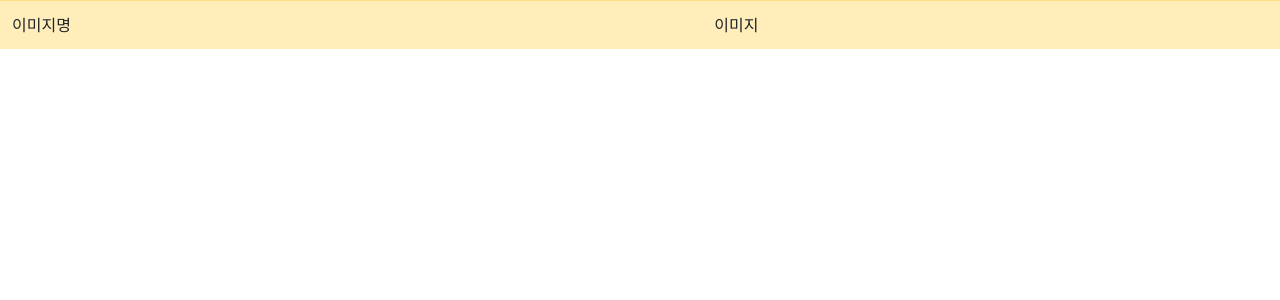
Repository: Hugh-KR/JSP_Project
Page: http://localhost/JSP_Project/movie.jsp
These files come from the project's save history. The page is drawn as it stood at one moment and after the next save; the edit follows.
The browser window is 1280 px wide. The pictures show the whole page.
The page is served by Tomcat 9. Other server files are loaded and not shown. Queries for data that is not in the repository find no rows.

Above is the page before, as saved 2022-11-09 05:41:52.

### JSP_Project/src/main/webapp/movie.jsp
<%@page import="db_connect.MovieDAO"%>
<%@page import="db_connect.MovieVO"%>
<%@page import="java.util.ArrayList"%>
<%@ page language="java" contentType="text/html; charset=UTF-8"
	pageEncoding="UTF-8"%>
<%
MovieDAO dao = new MovieDAO();
ArrayList<MovieVO> list = dao.list();
    %>
<!DOCTYPE html>
<html>
<head>
<meta charset="UTF-8">
<title>Insert title here</title>
<link rel="stylesheet"
	href="https://cdn.jsdelivr.net/npm/bootstrap@4.6.1/dist/css/bootstrap.min.css">
</head>
<body>
	<table class="table table-warning">
		<tr>
			<td>이미지명</td>
			<td>이미지</td>
		</tr>
		<% for(MovieVO bag : list){ %>
		<tr>
			<td><a href="http://localhost:8080/JSP_Project/movie_one.jsp?img=<%= bag.getIMG() %>"><%= bag.getIMG() %></a></td>
			<td><img src="img/<%= bag.getIMG() %>" width="200" height="100"></td>
		</tr>
		<% } %>
	</table>

</body>
</html>

### JSP_Project/src/main/java/db_connect/MovieDAO.java
package db_connect;

import java.sql.Connection;
import java.sql.DriverManager;
import java.sql.PreparedStatement;
import java.sql.ResultSet;
import java.util.ArrayList;

import javax.swing.JOptionPane;

public class MovieDAO {

	public ArrayList<MovieVO> list() {

		// vo를 넣어줄 커다란 박스역할을 할 수 부품을 사용 예정
		// 가변길이인 경우 arraylist
		// MemberVO가 많이 들어간 arraylist박스를 하나 만들어줌.
		ArrayList<MovieVO> list = new ArrayList<>();

		// 1. 드라이버 설정- 드라이버(커넥터) 로딩
		try {
			Class.forName("com.mysql.cj.jdbc.Driver");
			// 특정한 위치에 있는 드라이버 파일을 램에 읽어들여 설정
			System.out.println("1. 드라이버 설정 성공.@@@@");

			// 2. db연결 mySQL: school, oracle: xe
			String url = "jdbc:mysql://localhost:3306/mydb";
			String user = "abcd";
			String password = "12345678";
			Connection con = DriverManager.getConnection(url, user, password); // Connection
			System.out.println("2. db연결 성공.@@@@@@");

			// 3. sql문을 만든다.
			String sql = "select * from movie";
			PreparedStatement ps = con.prepareStatement(sql);

			System.out.println("3. sql문 생성 성공.@@@@@");

			// 4. sql문을 db서버에 보낸다. --> 결과가 어떻게 되었는지 자바프로그램 알려줌.
			ResultSet rs = ps.executeQuery(); // r의 결과는 table, cud는 숫자(실행된row수) //1
			// rs.next() true면 결과가 있음. false면 결과가 없음.
			// System.out.println("4. sql문 db서버로 전송 성공. @@@@@ 반영된 row수 >>" + rs.next());
			while (rs.next()) { // 결과값이 true이면!!
				System.out.println("검색결과가 있음.");
				// 있으면
				// 1. 한 행의 값들을 추출
				// 2. vo를 만들어준다.
				// 3. vo에 추출한 값들을 넣어준다.
				// 4. vo를 list에 넣어준다.
				String name = rs.getString(1);
				String content = rs.getString(2);
				String rate = rs.getString(3);
				String running = rs.getString(4);
				String img = rs.getString(5);

				// UI에서 사용자가 검색한 결과를 볼 수 있어야 한다.
				// 4개의 데이터를 UI에게 return!!해주자.
				// 1) 가방을 만들어서,
				MovieVO bag = new MovieVO();
				// 2) 데이터를 넣고,
				bag.setNAME(name);
				bag.setCONTENT(content);
				bag.setRATE(rate);
				bag.setRUNNING(running);
				bag.setIMG(img);

				list.add(bag);
				// 3) return하자.(전달)
			} // while
			System.out.println("box(list)에 들어간 가방의 갯수>> " + list.size());
			// db처리와 관련된 메모리 할당된 것 해제시켜주자.
			ps.close();
			con.close();
			rs.close();
		} catch (Exception e) {
			e.printStackTrace();
		}
		// 메서드의 처리를 다 끝내고, 결과를 보내줘라는 개념. 맨 끝에 써야함.
		return list;
	} // list

	// 기능하나만 메서드 하나 구현(검색 1명 기능-row 1개)
	public int login(MemberVO bag) {
		// 전달된 값 제대로 전달되었는지 확인하는 습관이 좋음.
		System.out.println(bag);

		// 1. 드라이버 설정- 드라이버(커넥터) 로딩
		// db의 유형, 버전에 따라 매우 많음.
		// 필요할 때 다운로드 받아 써야 함.
		int result = 0; // 0인 경우, 실패라고 하자.!

		try {
			Class.forName("com.mysql.cj.jdbc.Driver");
			// 특정한 위치에 있는 드라이버 파일을 램에 읽어들여 설정
			System.out.println("1. 드라이버 설정 성공.@@@@");

			// 2. db연결 mySQL: school, oracle: xe
			String url = "jdbc:mysql://localhost:3306/mydb";
			String user = "abcd";
			String password = "12345678";
			Connection con = DriverManager.getConnection(url, user, password); // Connection
			System.out.println("2. db연결 성공.@@@@@@");

			// 3. sql문을 만든다.
			String sql = "select * from member where id = ? and pw = ?"; // 1, 2번 2개의 물음표 번호
			PreparedStatement ps = con.prepareStatement(sql);
			ps.setString(1, bag.getId()); // 1번 물음표에 id에 저장해놓은 값을 스트링으로 넣어줘!
			ps.setString(2, bag.getPw());
			System.out.println("3. sql문 생성 성공.@@@@@");

			// 4. sql문을 db서버에 보낸다. --> 결과가 어떻게 되었는지 자바프로그램 알려줌.
			ResultSet rs = ps.executeQuery(); // r의 결과는 table, cud는 숫자(실행된row수) //1
			// rs.next() true면 결과가 있음. false면 결과가 없음.
			// System.out.println("4. sql문 db서버로 전송 성공. @@@@@ 반영된 row수 >>" + rs.next());
			if (rs.next()) { // 결과값이 true이면!!
				System.out.println("검색결과가 있음.");
				result = 1;
				// 3) return하자.(전달)
			}
			// db처리와 관련된 메모리 할당된 것 해제시켜주자.
			ps.close();
			con.close();
			rs.close();
		} catch (Exception e) {
			e.printStackTrace();
		}
		// 메서드의 처리를 다 끝내고, 결과를 보내줘라는 개념. 맨 끝에 써야함.
		return result;
	} // login

	// 기능하나만 메서드 하나 구현(검색 1명 기능-row 1개)
	public MovieVO one(String img) {
		// 전달된 값 제대로 전달되었는지 확인하는 습관이 좋음.
		System.out.println(img);

		// 1. 드라이버 설정- 드라이버(커넥터) 로딩
		// db의 유형, 버전에 따라 매우 많음.
		// 필요할 때 다운로드 받아 써야 함.
		MovieVO bag = null; // 쓰레기값!!--> 변수 초기화시켜주어야함.!

		try {
			Class.forName("com.mysql.cj.jdbc.Driver");
			// 특정한 위치에 있는 드라이버 파일을 램에 읽어들여 설정
			System.out.println("1. 드라이버 설정 성공.@@@@");

			// 2. db연결 mySQL: school, oracle: xe
			String url = "jdbc:mysql://localhost:3306/mydb";
			String user = "abcd";
			String password = "12345678";
			Connection con = DriverManager.getConnection(url, user, password); // Connection
			System.out.println("2. db연결 성공.@@@@@@");

			// 3. sql문을 만든다.
			String sql = "select * from movie where img = ?";
			PreparedStatement ps = con.prepareStatement(sql);
			ps.setString(1, img); // 1번 물음표에 id에 저장해놓은 값을 스트링으로 넣어줘!
			System.out.println("3. sql문 생성 성공.@@@@@");
			// String site = "http://www.naver.com";
			// Url url = new Url(site); //객체화!!

			// 4. sql문을 db서버에 보낸다. --> 결과가 어떻게 되었는지 자바프로그램 알려줌.
			ResultSet rs = ps.executeQuery(); // r의 결과는 table, cud는 숫자(실행된row수) //1
			// rs.next() true면 결과가 있음. false면 결과가 없음.
			// System.out.println("4. sql문 db서버로 전송 성공. @@@@@ 반영된 row수 >>" + rs.next());
			if (rs.next()) { // 결과값이 true이면!!
				System.out.println("검색결과가 있음.");
				String name = rs.getString(1); // 컬럼의 순서 1번 id값 추출
				String content = rs.getString(2);
				String rate = rs.getString(3);
				String running = rs.getString(4);
				String img2 = rs.getString(5);

				// UI에서 사용자가 검색한 결과를 볼 수 있어야 한다.
				// 4개의 데이터를 UI에게 return!!해주자.
				// 1) 가방을 만들어서,
				bag = new MovieVO();
				// 2) 데이터를 넣고,
				bag.setNAME(name);
				bag.setCONTENT(content);
				bag.setRATE(rate);
				bag.setRUNNING(running);
				bag.setIMG(img2);



				// 3) return하자.(전달)
			}
			// db처리와 관련된 메모리 할당된 것 해제시켜주자.
			ps.close();
			con.close();
			rs.close();
		} catch (Exception e) {
			e.printStackTrace();
		}
		// 메서드의 처리를 다 끝내고, 결과를 보내줘라는 개념. 맨 끝에 써야함.
		return bag;
	} // one

	// 기능하나만 메서드 하나 구현(등록기능)
	public void insert(ProductVO bag) { // String id
		System.out.println(bag); // toString()호출, 가방에 들어있는 값들이 프린트
		// 자바에서 DBMS를 연결하려고 함.
		// JDBC 프로그래밍 절차
		// 4단계 절차
		// 1. 드라이버 설정- 드라이버(커넥터) 로딩
		// db의 유형, 버전에 따라 매우 많음.
		// 필요할 때 다운로드 받아 써야 함.
		try {
			Class.forName("com.mysql.cj.jdbc.Driver");
			// 특정한 위치에 있는 드라이버 파일을 램에 읽어들여 설정
			System.out.println("1. 드라이버 설정 성공.@@@@");

			// 2. db연결 mySQL: school, oracle: xe
			String url = "jdbc:mysql://localhost:3306/mydb";
			String user = "abcd";
			String password = "12345678";
			Connection con = DriverManager.getConnection(url, user, password); // Connection
			System.out.println("2. db연결 성공.@@@@@@");

			// 3. sql문을 만든다.
			String sql = "insert into PRODUCT values (?, ?, ?, ?, ?, ?)";
			// 준비된 문장(Preparedstatement)
			PreparedStatement ps = con.prepareStatement(sql);
			ps.setString(1, bag.getID() ); // 1번 물음표에 id에 저장해놓은 값을 스트링으로 넣어줘!
			ps.setString(2, bag.getNAME()); // 2번 물음표에 pw에 저장해놓은 값을 스트링으로 넣어줘!
			ps.setString(3, bag.getCONTENT()); // 3번 물음표에 name에 저장해놓은 값을 스트링으로 넣어줘!
			ps.setInt(4, bag.getPRICE()); // 4번 물음표에 tel에 저장해놓은 값을 스트링으로 넣어줘!
			ps.setString(5, bag.getCOMPANY()); // 4번 물음표에 tel에 저장해놓은 값을 스트링으로 넣어줘!
			ps.setString(6, bag.getIMG()); // 4번 물음표에 tel에 저장해놓은 값을 스트링으로 넣어줘!
			System.out.println("3. sql문 생성 성공.@@@@@");
			// String site = "http://www.naver.com";
			// Url url = new Url(site); //객체화!!

			// 4. sql문을 db서버에 보낸다. --> 결과가 어떻게 되었는지 자바프로그램 알려줌.
			String result2 = "실패";
			try {
				int result = ps.executeUpdate(); // r의 결과는 table, cud는 숫자(실행된row수) //1
				System.out.println("4. sql문 db서버로 전송 성공. @@@@@ 반영된 row수 >>" + result);
				if (result == 1) {
					result2 = "성공";
				}
			} catch (Exception e) {
				System.out.println("상품등록시 에러발생");
				e.printStackTrace(); //에러정보 프린트
			}
			JOptionPane.showMessageDialog(null, result2);  //컴파일 에러
			ps.close();
			con.close();
		} catch (Exception e) {
			e.printStackTrace();
		}
	} // insert

	// 기능하나만 메서드 하나 구현(탈퇴기능)
	public void delete(ProductVO bag) {
		// 자바에서 DBMS를 연결하려고 함.
		// JDBC 프로그래밍 절차
		// 4단계 절차
		// 1. 드라이버 설정- 드라이버(커넥터) 로딩
		// db의 유형, 버전에 따라 매우 많음.
		// 필요할 때 다운로드 받아 써야 함.
		try {
			Class.forName("com.mysql.cj.jdbc.Driver");
			// 특정한 위치에 있는 드라이버 파일을 램에 읽어들여 설정
			System.out.println("1. 드라이버 설정 성공.@@@@");

			// 2. db연결 mySQL: school, oracle: xe
			String url = "jdbc:mysql://localhost:3306/mydb";
			String user = "abcd";
			String password = "12345678";
			Connection con = DriverManager.getConnection(url, user, password); // Connection
			System.out.println("2. db연결 성공.@@@@@@");

			// 3. sql문을 만든다.
			String sql = "delete from PRODUCT where id = ?";
			// 준비된 문장(Preparedstatement)
			PreparedStatement ps = con.prepareStatement(sql);

			ps.setString(1, bag.getID()); // 1번 물음표에 id에 저장해놓은 값을 스트링으로 넣어줘!
			System.out.println("3. sql문 생성 성공.@@@@@");
			// String site = "http://www.naver.com";
			// Url url = new Url(site); //객체화!!

			// 4. sql문을 db서버에 보낸다. --> 결과가 어떻게 되었는지 자바프로그램 알려줌.
			int result = ps.executeUpdate(); // r의 결과는 table, cud는 숫자(실행된row수) //1
			System.out.println("4. sql문 db서버로 전송 성공. @@@@@ 반영된 row수 >>" + result);

			ps.close();
			con.close();
		} catch (Exception e) {
			e.printStackTrace();
		}

	} // delete

	public void update(ProductVO bag) {
		// 자바에서 DBMS를 연결하려고 함.
		// JDBC 프로그래밍 절차
		// 4단계 절차
		// 1. 드라이버 설정- 드라이버(커넥터) 로딩
		// db의 유형, 버전에 따라 매우 많음.
		// 필요할 때 다운로드 받아 써야 함.
		try {
			Class.forName("com.mysql.cj.jdbc.Driver");
			// 특정한 위치에 있는 드라이버 파일을 램에 읽어들여 설정
			System.out.println("1. 드라이버 설정 성공.@@@@");

			// 2. db연결 mySQL: school, oracle: xe
			String url = "jdbc:mysql://localhost:3306/mydb";
			String user = "abcd";
			String password = "12345678";
			Connection con = DriverManager.getConnection(url, user, password); // Connection
			System.out.println("2. db연결 성공.@@@@@@");

			// 3. sql문을 만든다.
			String sql = "UPDATE PRODUCT SET content=?  WHERE id=?";
			// 준비된 문장(Preparedstatement)
			PreparedStatement ps = con.prepareStatement(sql);

			ps.setString(1, bag.getCONTENT()); // 1번 물음표에 id에 저장해놓은 값을 스트링으로 넣어줘!
			ps.setString(2, bag.getID()); // 1번 물음표에 id에 저장해놓은 값을 스트링으로 넣어줘!
			System.out.println("3. sql문 생성 성공.@@@@@");
			// String site = "http://www.naver.com";
			// Url url = new Url(site); //객체화!!

			// 4. sql문을 db서버에 보낸다. --> 결과가 어떻게 되었는지 자바프로그램 알려줌.
			int result = ps.executeUpdate(); // r의 결과는 table, cud는 숫자(실행된row수) //1
			System.out.println("4. sql문 db서버로 전송 성공. @@@@@ 반영된 row수 >>" + result);

			ps.close();
			con.close();
		} catch (Exception e) {
			e.printStackTrace();
		}

	} // update

} // class

After the next save:
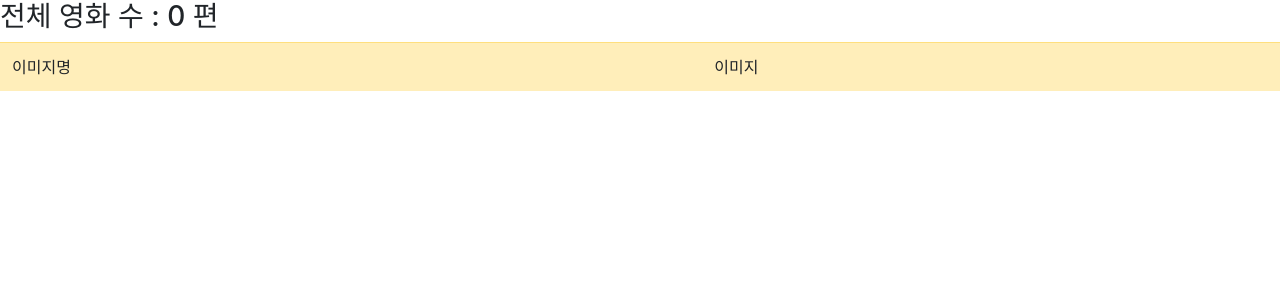
Saved 107 s later.
--- a/JSP_Project/src/main/webapp/movie.jsp
+++ b/JSP_Project/src/main/webapp/movie.jsp
@@ -16,6 +16,10 @@ ArrayList<MovieVO> list = dao.list();
 	href="https://cdn.jsdelivr.net/npm/bootstrap@4.6.1/dist/css/bootstrap.min.css">
 </head>
 <body>
+<h3>
+전체 영화 수 :
+<%=list.size() %> 편
+</h3>
 	<table class="table table-warning">
 		<tr>
 			<td>이미지명</td>
